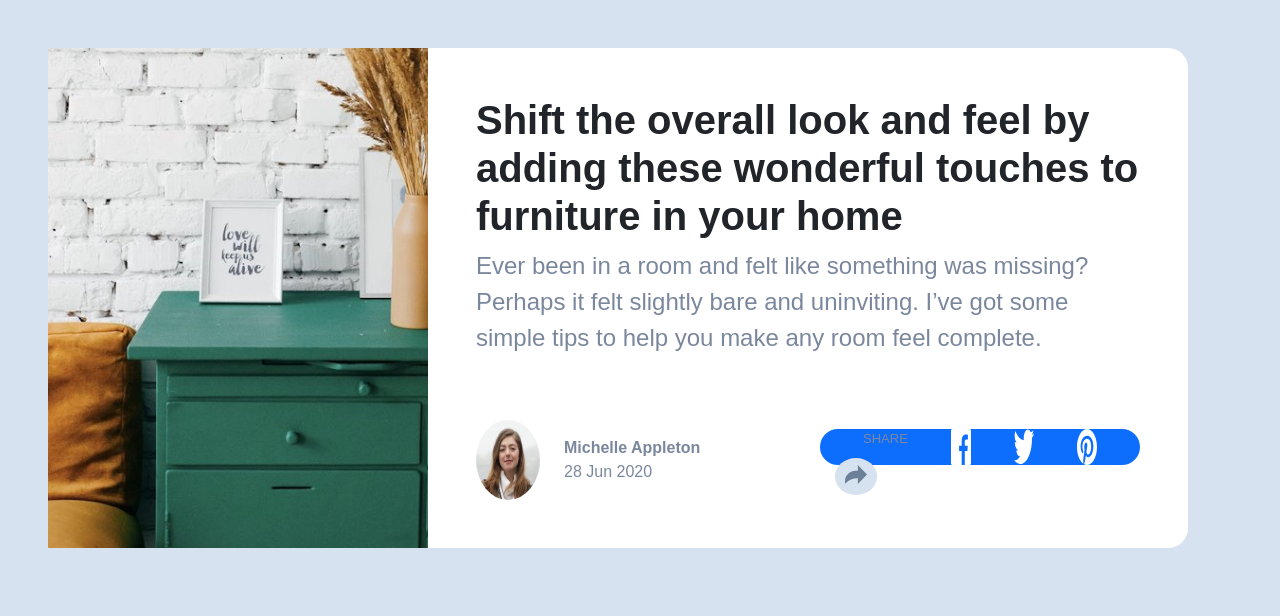
Repository: blordeus/article-preview-component
Page: index.html
These files come from the project's save history. The page is drawn as it stood at one moment and after the next save; the edit follows.
The browser window is 1280 px wide. The pictures show the whole page.

Above is the page before, as saved 2024-05-17 17:10:41.

After the next save:
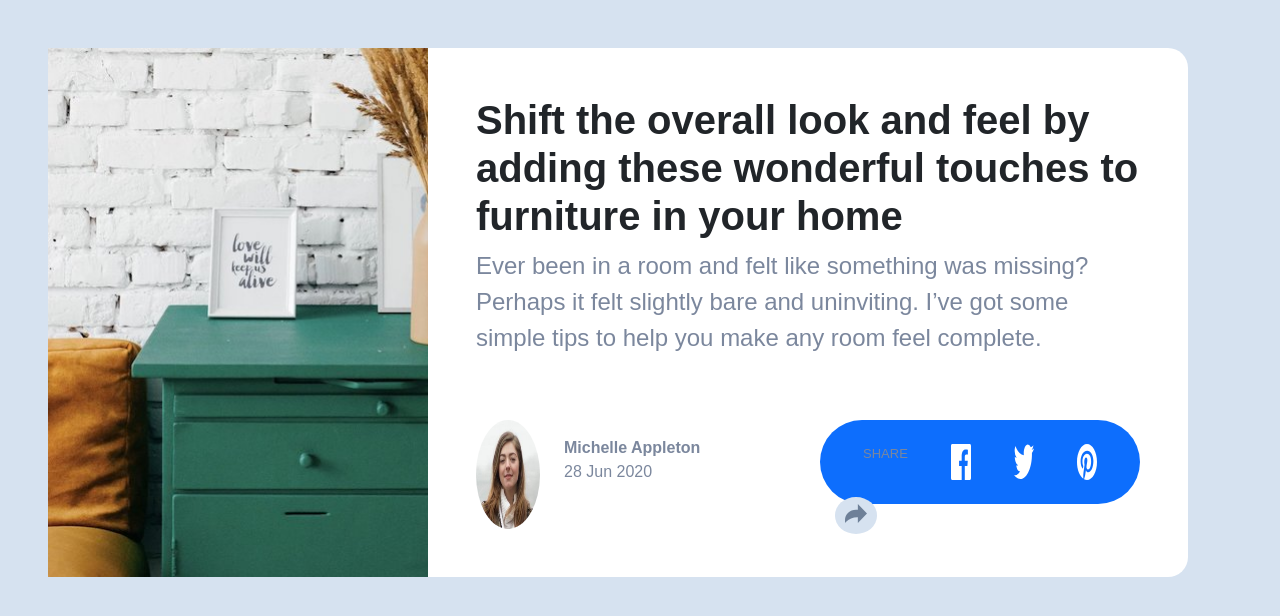
Saved 27 s later.
--- a/index.html
+++ b/index.html
@@ -35,7 +35,7 @@
             </div>
           </div>
           <div class="col my-auto">
-            <div class=" d-flex justify-content-evenly bg-primary rounded-pill ">
+            <div class=" d-flex justify-content-evenly py-4 bg-primary rounded-pill ">
               <p>SHARE</p>
                 <img id="facebook" src="./images/icon-facebook.svg" alt="facebook">
                 <img id="twitter" src="./images/icon-twitter.svg" alt="twitter">
